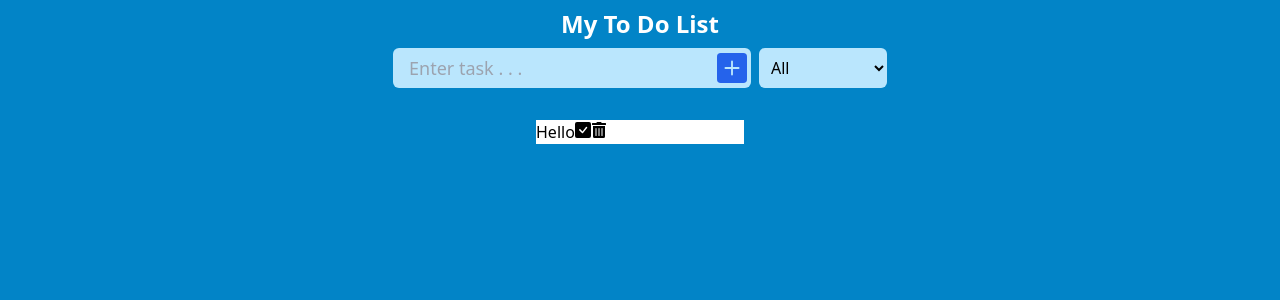
Repository: SaadYasin/react-to-do-list
Page: /
The author's editor kept a copy of each file at every save. The page is drawn from the files as they stood at one save, then again after a run of saves.
The browser window is 1280 px wide. The pictures show the whole page.
The project was rebuilt for these pictures with package versions that can differ from the ones it lists, and the page was loaded fresh each time. Also part of the build but not shown: src/App.css.

Above is the page before, as saved 2022-11-10 22:52:36.

### public/index.html
<!DOCTYPE html>
<html lang="en">
  <head>
    <meta charset="utf-8" />
    <link rel="icon" href="%PUBLIC_URL%/favicon.ico" />
    <meta name="viewport" content="width=device-width, initial-scale=1" />
    <meta name="theme-color" content="#000000" />
    <meta
      name="description"
      content="Web site created using create-react-app"
    />
    <link rel="apple-touch-icon" href="%PUBLIC_URL%/logo192.png" />

    <link rel="manifest" href="%PUBLIC_URL%/manifest.json" />

    <title>React | To Do List</title>
  </head>
  <body>
    <noscript>You need to enable JavaScript to run this app.</noscript>
    <div id="root"></div>

  </body>
</html>

### src/App.js
import React from 'react';
import Header from './components/Header';
import Input from './components/Input';
import TodoList from './components/TodoList';
import './App.css';

function App() {
  const [inputText, setInputText] = React.useState(null);
  const [todos, setTodos] = React.useState([]);

  return (
    <div className="flex flex-col items-center bg-sky-600 h-screen">
      <Header />
      <Input todos={todos} setTodos={setTodos} setInputText={setInputText} inputText={inputText} />
      <h1>{ inputText }</h1>
      <TodoList />

    </div>
  );
}

export default App;

### src/components/Header.js
import React from 'react'
import Input from './Input'

const Header = () => {
  return (
    <div>
      <h1 className="text-2xl font-bold text-white my-2">My To Do List</h1>
    </div>
  );
}

export default Header

### src/components/Input.js
import React from "react";
import { BsFillPlusSquareFill } from "react-icons/bs";

const Input = ({ setInputText, inputText, todos, setTodos }) => {
  const handleInput = (e) => {
    // e.preventDefault();

    console.log(e.target.value);
    setInputText(e.target.value);
  };

  const handleSubmit = (e) => {
    e.preventDefault();

    setTodos([
      ...todos,
      { text: inputText, completed: false, id: Math.random() * 1000 },
    ]);

    setInputText("");
  };
  return (
    <div className="flex">
      <form className="flex h-10 bg-sky-200 rounded-md" onSubmit={handleSubmit}>
        <input
          value={inputText}
          type="text"
          placeholder="Enter task . . ."
          className="text-lg bg-transparent text-gray-800 px-4 w-44 md:w-80 outline-none"
          onChange={handleInput}
        />
        <button className="text-3xl text-blue-600 px-1" type="submit">
          <BsFillPlusSquareFill />
        </button>
      </form>

      <div className="select ml-2 bg-sky-200 rounded-md">
        <select
          name="todos"
          id="filter-todos"
          className="bg-transparent w-32 p-2"
        >
          <option value="all">All</option>
          <option value="completed">Completed</option>
          <option value="uncompleted">UnCompleted</option>
        </select>
      </div>
    </div>
  );
};

export default Input;

### src/components/TodoList.js
import React from 'react'

// Import components
import Todo from './Todo'
export const TodoList = () => {

  return (
    <div>
      <ul>
        <Todo />
      </ul>
    </div>
  )
}

export default TodoList;

### src/components/Todo.js
import React from 'react';
import { BsCheckSquareFill } from "react-icons/bs";
import { FaTrashAlt } from "react-icons/fa";
const Todo = () => {
  return (
    <div className="flex just mt-8 w-52 bg-white">
      <li>Hello</li>

      <div className="">
      <button>
        <BsCheckSquareFill />
      </button>
      <button><FaTrashAlt /></button>
      </div>
    </div>
  );
}

export default Todo;

Loaded but not shown: src/index.js (common file); src/index.css (common file); tailwind.config.js (common file)

After the next 5 saves:
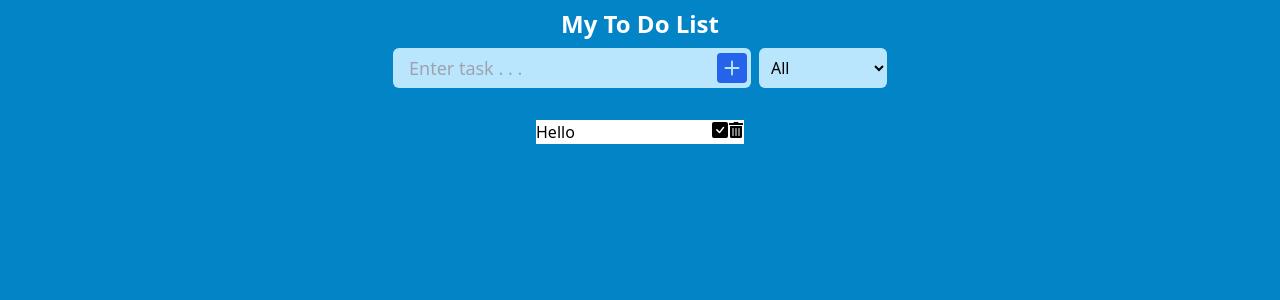
The 5 saves are shown as one change because they came seconds apart.
The last was saved 12 s later.
--- a/src/components/Todo.js
+++ b/src/components/Todo.js
@@ -3,7 +3,7 @@ import { BsCheckSquareFill } from "react-icons/bs";
 import { FaTrashAlt } from "react-icons/fa";
 const Todo = () => {
   return (
-    <div className="flex just mt-8 w-52 bg-white">
+    <div className="flex justify-between mt-8 w-52 bg-white">
       <li>Hello</li>
 
       <div className="">
